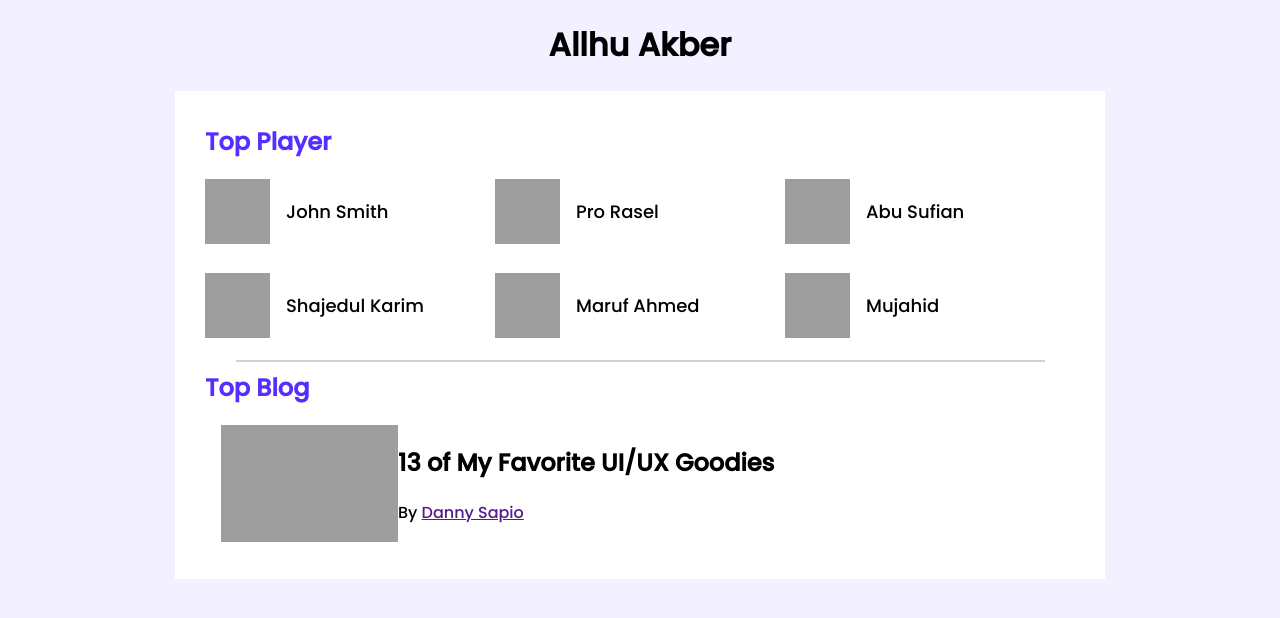
Repository: zjria/leader-board
Page: index.html
The author's editor kept a copy of each file at every save. The page is drawn from the files as they stood at one save, then again after the next save.
The browser window is 1280 px wide. The pictures show the whole page.
Pictures or frames that could not be fetched are drawn as grey boxes.

Above is the page before, as saved 2022-09-04 08:18:09.

After the next save:
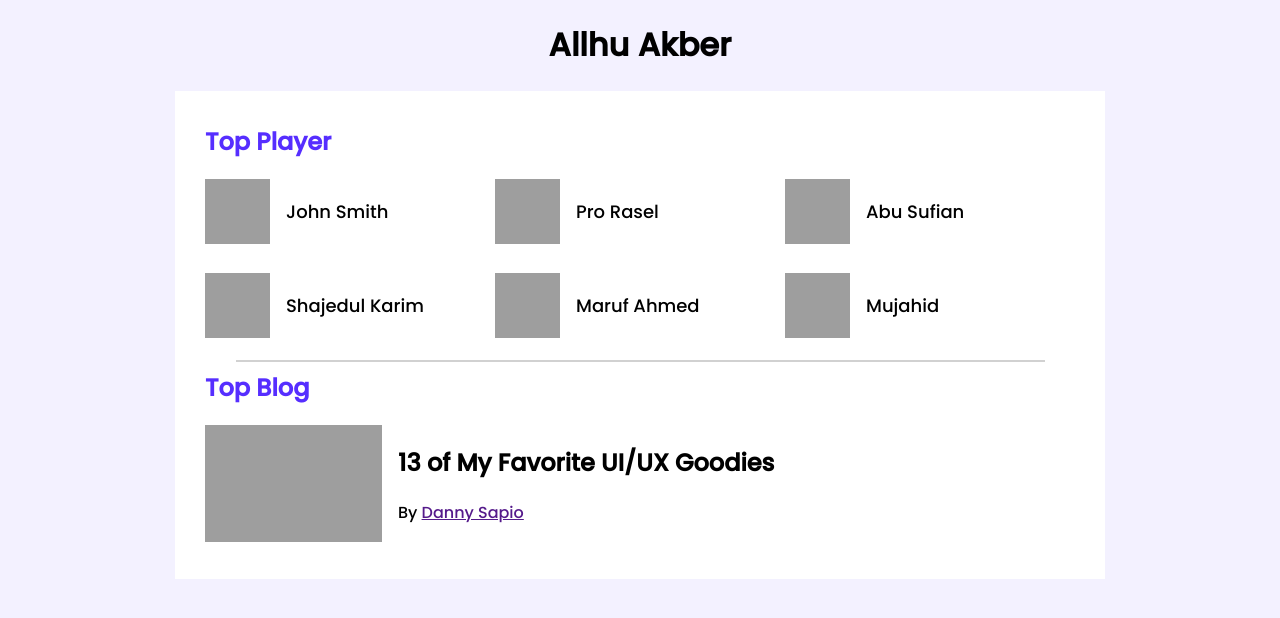
Saved 70 s later.
--- a/style/style.css
+++ b/style/style.css
@@ -76,5 +76,5 @@ h2.section-title {
 .blogs .blog-thimble img {
     width: 177px;
     height: 117px;
-    margin-left: 16px;
+    margin-right: 16px;
 }
